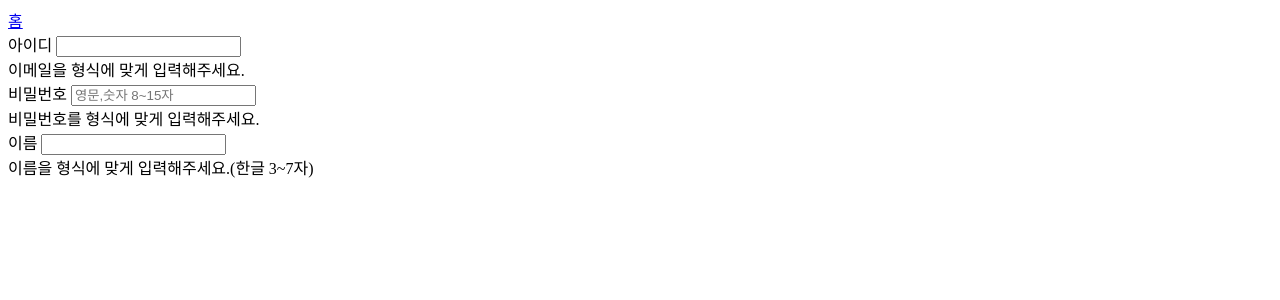
Repository: PacJ/spring_project
Page: http://localhost/spring_project/WEB-INF/views/user/signup.jsp
The author's editor kept a copy of each file at every save. The page is drawn from the files as they stood at one save, then again after the next save.
The browser window is 1280 px wide. The pictures show the whole page.
The page is served by Tomcat 9. Nobody is signed in. Other server files are loaded and not shown. The template is opened directly, without the code that normally fills it, so the values that code supplies are empty.

Above is the page before, as saved 2023-03-02 05:24:37.

### spring_project/src/main/webapp/WEB-INF/views/user/signup.jsp
<%@ page language="java" contentType="text/html; charset=UTF-8"
    pageEncoding="UTF-8"%>

<a href="../home.do">홈</a>
 <div class="container">
     <div class="input-form-backgroud row">
      <div class="input-form col-md-12 mx-auto">
        <form class="validation-form" method="post" action="signup.do" novalidate >

           <div class="row">
	         <div class="mb-3">
	            <label for="userId">아이디</label>
	            <input type="text" class="form-control" name="userId"
	            		pattern="[A-Za-z0-9_]+[A-Za-z0-9]*[@]{1}[A-Za-z0-9]+[A-Za-z0-9]*[.]{1}[A-Za-z]{1,3}"
	            		placeholder="" required>
	            <div class="invalid-feedback">
	              이메일을 형식에 맞게 입력해주세요.
	            </div>
	          </div>

	          <div class="mb-3">
	            <label for="pass">비밀번호</label>
	            <input type="password"  class="form-control" name="userPass"
	            pattern="[a-zA-Z0-9]{8,15}"  placeholder="영문,숫자 8~15자" required>
	            <div class="invalid-feedback">
	              비밀번호를 형식에 맞게 입력해주세요.
	            </div>
	          </div>

	          <!--           <div class="mb-3">
	            <label for="passChk">비밀번호 재입력</label>
	            <input type="text"  class="form-control" name="member_passChk"
	            pattern="[a-zA-Z0-9]{8,15}" placeholder="영문,숫자 8~15자" required>
	           <div class="invalid-feedback">
	              비밀번호가 일치하지 않습니다.
	            </div>
	          </div>  -->

	           <div class="mb-3">
	              <label for="name">이름</label>
	              <input type="text" class="form-control" name="userName"
	              pattern="[가-힣]{3,7}" placeholder="" required>
	              <div class="invalid-feedback">
	                이름을 형식에 맞게 입력해주세요.(한글 3~7자)
	              </div>
	            </div>



<!-- 	          <div class="mb-3">
	            <label for="address">주소</label>
	            <input type="text" class="form-control" name="userAdress"  pattern="^010[0-9]{8}$" placeholder="" required>
	            <div class="invalid-feedback">
	              휴대폰 번호를 형식에 맞게 입력해주세요.
	            </div>
	          </div>

	          <div class="mb-3">
	            <label for="Sex">성별</label>
	            <input type="text" class="form-control" name="userSex"  pattern="^010[0-9]{8}$" placeholder="" required>
	            <div class="invalid-feedback">
	              휴대폰 번호를 형식에 맞게 입력해주세요.
	            </div>
	          </div>

	          <div class="mb-3">
	            <label for="age">나이</label>
	            <input type="text" class="form-control" name="userAge"  pattern="^010[0-9]{8}$" placeholder="" required>
	            <div class="invalid-feedback">
	              휴대폰 번호를 형식에 맞게 입력해주세요.
	            </div>
	          </div>


	          <hr class="mb-4">
	          <div class="custom-control custom-checkbox">
	            <input type="checkbox" class="custom-control-input" id="aggrement" required>
	            <label class="custom-control-label" for="aggrement">개인정보 수집 및 이용에 동의합니다.</label>
	          </div>
	          <div class="mb-4">
	          <input type="hidden" name="memberType" value="1" />
	           <button class="btn btn-dark btn-lg btn-block" type="submit">가입 완료</button>
	           </div> -->
	        </div>

	      </form>
	      </div>
    </div>
</div>

  <script >
/*        const forms = document.getElementsByClassName('validation-form');

      Array.prototype.filter.call(forms, (form) => {
        form.addEventListener('submit', function (event) {
          if (form.checkValidity() === false) {
            event.preventDefault();
            event.stopPropagation();
          }

          form.classList.add('was-validated');
        }, false);
      });
    */
  </script>

After the next save:
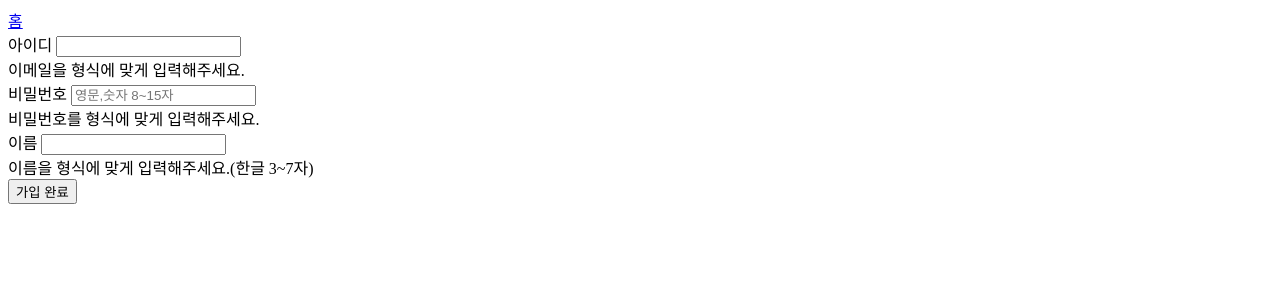
Saved 61 s later.
--- a/spring_project/src/main/webapp/WEB-INF/views/user/signup.jsp
+++ b/spring_project/src/main/webapp/WEB-INF/views/user/signup.jsp
@@ -78,9 +78,9 @@
 	            <label class="custom-control-label" for="aggrement">개인정보 수집 및 이용에 동의합니다.</label>
 	          </div>
 	          <div class="mb-4">
-	          <input type="hidden" name="memberType" value="1" />
+	          <input type="hidden" name="memberType" value="1" /> -->
 	           <button class="btn btn-dark btn-lg btn-block" type="submit">가입 완료</button>
-	           </div> -->
+	           </div>
 	        </div>
 
 	      </form>
